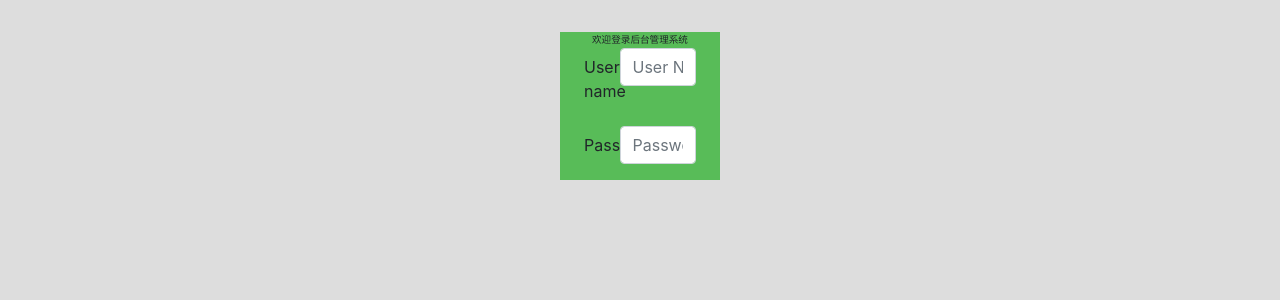
Repository: gzh51904/baiyangApp
Page: / (app in houtai/Vue-admin/)
These files come from the project's save history. The page is drawn as it stood at one moment and after the next save; the edit follows.
The browser window is 1280 px wide. The pictures show the whole page.
The project was rebuilt for these pictures with package versions that can differ from the ones it lists, and the page was loaded fresh each time. Also part of the build but not shown: houtai/Vue-admin/vue.config.js.

Above is the page before, as saved 2019-05-11 10:00:25.

### houtai/Vue-admin/public/index.html
<!DOCTYPE html>
<html lang="en">
  <head>
    <meta charset="utf-8">
    <meta http-equiv="X-UA-Compatible" content="IE=edge">
    <meta name="viewport" content="width=device-width,initial-scale=1.0">
    <link rel="icon" href="<%= BASE_URL %>favicon.ico">
    <title>secco-admin</title>
    <style>
    html,body{
      width:100%;
      height:100%;
    }

    </style>
  </head>
  <body>

    <div id="app"></div>
    <!-- built files will be auto injected -->
  </body>
</html>

### houtai/Vue-admin/src/main.js
import Vue from 'vue'
import App from './App.vue'
import router from './router/router'
import store from './store'

// import axios from "axios";
// Vue.prototype.$axios = axios;

// import bootstrap lib to the project,没有路径就会直接去找node_modules
import "bootstrap";

import 'lib-flexible';
Vue.config.productionTip = false

new Vue({
  router,
  store,
  render: h => h(App)
}).$mount('#app')

### houtai/Vue-admin/src/App.vue
<template>
  <div id="app">

    <router-view/>
  </div>
</template>
<script>
export default {

}
</script>

<style>
@import  '../node_modules/bootstrap/dist/css/bootstrap.css';

#app{
  height:100%;
  width:100%;
  background-color: #ddd;
  overflow:hidden;
}
</style>

### houtai/Vue-admin/src/router/router.js
import Vue from 'vue'
import Router from 'vue-router'
import Login from '../pages/login.vue'


Vue.use(Router)

export default new Router({
  mode: 'history',
  base: process.env.BASE_URL,
  routes: [
    {
      path: '/',
      name: 'Login',
      component: Login
    },
    {
      path: '/admin',
      name: 'admin',
      meta: {
        requireAuth: true
      },
      // route level code-splitting
      // this generates a separate chunk (about.[hash].js) for this route
      // which is lazy-loaded when the route is visited.
      component: () => import(/* webpackChunkName: "about" */ '../pages/admin/admin.vue'),
      children: [
        {
          path: 'goods',
          name: 'goods',
          title: '商品管理',
          component: () => import('../pages/admin/goods/goods'),//路径要自己改
          children:[
            {
              path: 'list',
              name: 'list',
              title: '商品列表',
              component: () => import('../pages/admin/goods/list'),//路径要自己改
            },
            {
              path: 'categories',
              name: 'categories',
              title: '商品分类',
              component: () => import('../pages/admin/goods/categories'),//路径要自己改
            },
            {
              path: 'addgoods',
              name: 'addgoods',
              title: '添加商品',
              component: () => import('../pages/admin/goods/addgoods'),//路径要自己改
            },
          ]
        },
        {
          path: 'users',
          name: 'users',
          title: '用户管理',
          component: () => import('../pages/admin/users/users'),//路径要自己改
          children:[
            {
              path: 'list',
              name: 'list',
              title: '用户列表',
              component: () => import('../pages/admin/users/list'),//路径要自己改
            },
            {
              path: 'adduser',
              name: 'adduser',
              title: '添加用户',
              component: () => import('../pages/admin/users/adduser'),//路径要自己改
            },

          ]
        },
      ]
    }
  ]
})

### houtai/Vue-admin/src/store/index.js
import Vue from 'vue'
import Vuex from 'vuex'
import createPersistedState from 'vuex-persistedstate'

Vue.use(Vuex)

/* eslint-disable no-new */
const store = new Vuex.Store({
  plugins: [createPersistedState()],
  modules: {
  }
})

export default store

### houtai/Vue-admin/src/pages/login.vue
<template>
<div class="login">
    <h3>欢迎登录后台管理系统</h3>

<form class="login-form">
   <div class="form-group row">
    <label for="inputUsername" class="col-sm-3 col-form-label">User name</label>
    <div class="col-sm-9">
      <input type="password" class="form-control" id="inputUsername" placeholder="User Name">
    </div>
  </div>
  <div class="form-group row">
    <label for="inputPassword" class="col-sm-3 col-form-label">Password</label>
    <div class="col-sm-9">
      <input type="password" class="form-control" id="inputPassword" placeholder="Password">
    </div>
  </div>
</form>


</div>
</template>
<script>
export default {

}
</script>
<style lang="scss" scoped>
.login{
    margin: 2rem auto;
    overflow:hidden;
    width: 10rem;
    /* height:5rem; */
    background-color:#58bc58;
    padding-top:.013333rem;
    h3{
        margin: .133333rem auto;
        text-align: center;
        font-size: .6rem;
        font-weight: 500;
    }
    .login-form{
        width:7rem;
        margin:0px auto;
    }
}
</style>

After the next save:
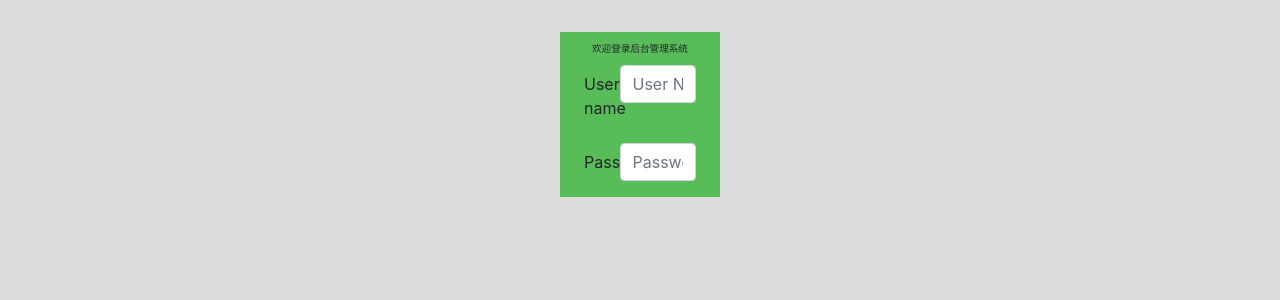
Saved 7 min 33 s later.
--- a/houtai/Vue-admin/src/pages/login.vue
+++ b/houtai/Vue-admin/src/pages/login.vue
@@ -34,7 +34,7 @@ export default {
     background-color:#58bc58;
     padding-top:.013333rem;
     h3{
-        margin: .133333rem auto;
+        margin: .666667rem auto;
         text-align: center;
         font-size: .6rem;
         font-weight: 500;
